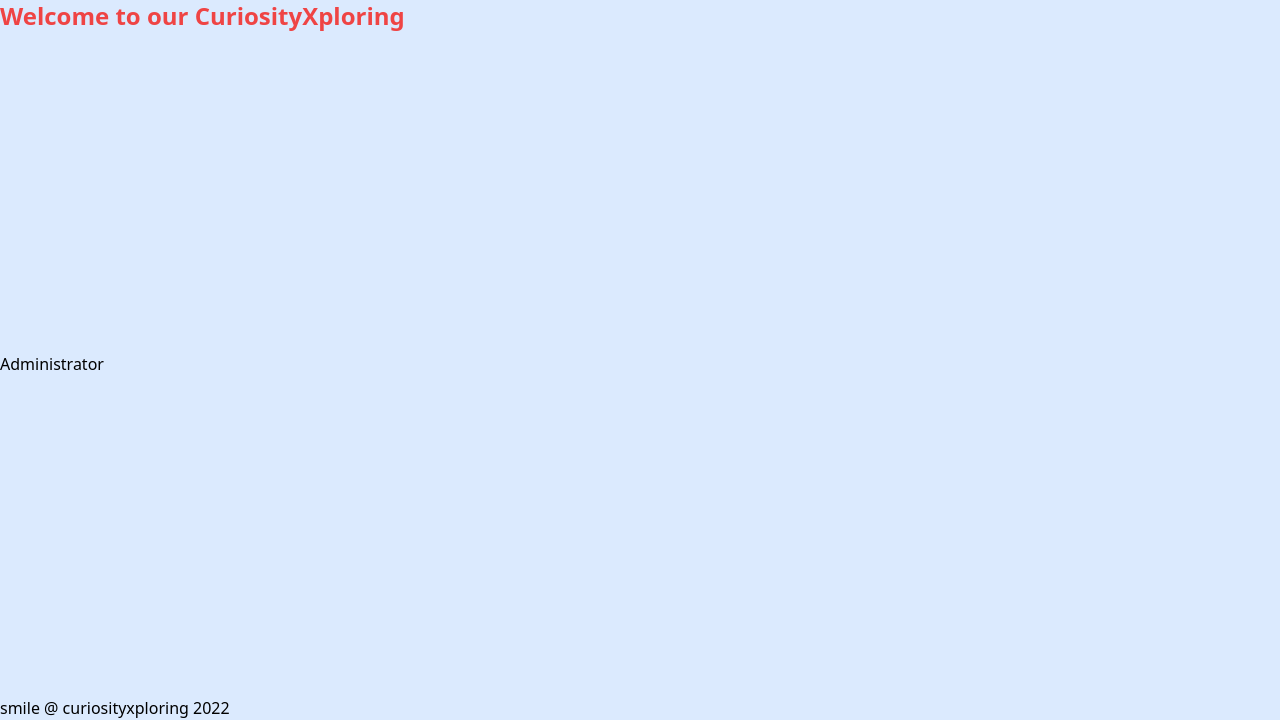
Repository: emorilebo/curiosityxploring-site
Page: /
The author's editor kept a copy of each file at every save. The page is drawn from the files as they stood at one save, then again after a run of saves.
The browser window is 1280 px wide. The pictures show the whole page.
The project was rebuilt for these pictures with package versions that can differ from the ones it lists, and the page was loaded fresh each time. The framework's server and built-in components were replaced by stand-ins that run in the browser. Also part of the build but not shown: next.config.js.

Above is the page before, as saved 2022-12-11 16:50:32.

### pages/index.js
import Head from "next/head";
import Image from "next/image";
import Layout from "../components/Layout";

export default function Home() {
  return (
    <div>
      <Layout title="Welcome to Curiosity Amazing community">
        Administrator
      </Layout>
    </div>
  );
}

### components/Layout.jsx
import Head from "next/head";
import React from "react";
import Header from "./Header";

const Layout = ({ children, title }) => {
  return (
    <>
      <Head>
        <title>{title ? title : "Curiosity Community"}</title>
        <meta name="description" content="Developer community" />
        <link rel="icon" href="/favicon.ico" />
      </Head>
      <div className="flex flex-col justify-between min-h-screen bg-blue-100">
        <header>
          <Header/>
        </header>
        <main>{children}</main>
        <footer>smile @ curiosityxploring 2022</footer>
      </div>
    </>
  );
};

export default Layout;

### components/Header.jsx
import React from "react";

const Header = () => {
  return (
    <nav className="">
      <h1 className="text-red-500 font-bold text-2xl">
        Welcome to our CuriosityXploring
      </h1>
    </nav>
  );
};

export default Header;

### tailwind.config.js
/** @type {import('tailwindcss').Config} */
module.exports = {
  purge: ["./pages/**/*.{js,ts,jsx,tsx}", "./components/**/*.{js,ts,jsx,tsx}"],
  darkMode: false, // or 'media' or 'class'
  theme: {
    extend: {},
  },
  variants: {
    extend: {},
  },
  plugins: [],
};

Loaded but not shown: pages/_app.js (common file); styles/globals.css (common file)

After the next 3 saves:
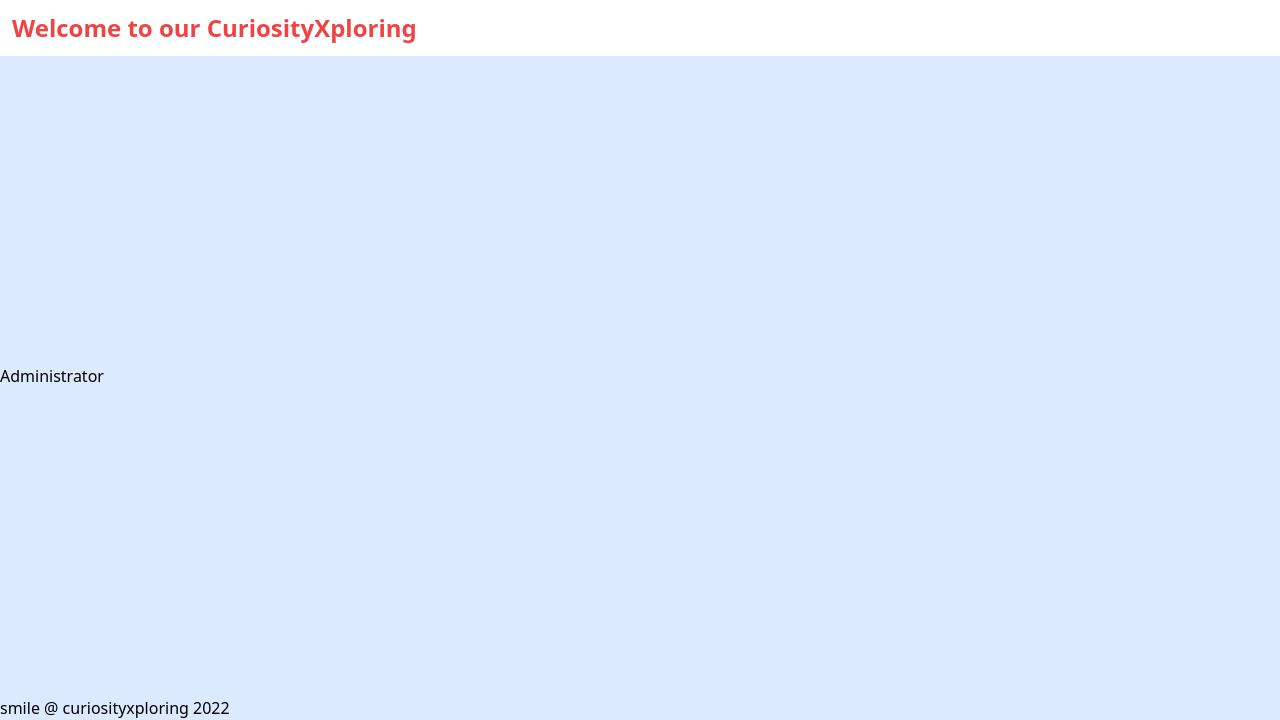
The 3 saves are shown as one change because they came seconds apart.
The last was saved 21 s later.
--- a/components/Header.jsx
+++ b/components/Header.jsx
@@ -2,7 +2,7 @@
 
 const Header = () => {
   return (
-    <nav className="">
+    <nav className="bg-white p-3">
       <h1 className="text-red-500 font-bold text-2xl">
         Welcome to our CuriosityXploring
       </h1>
